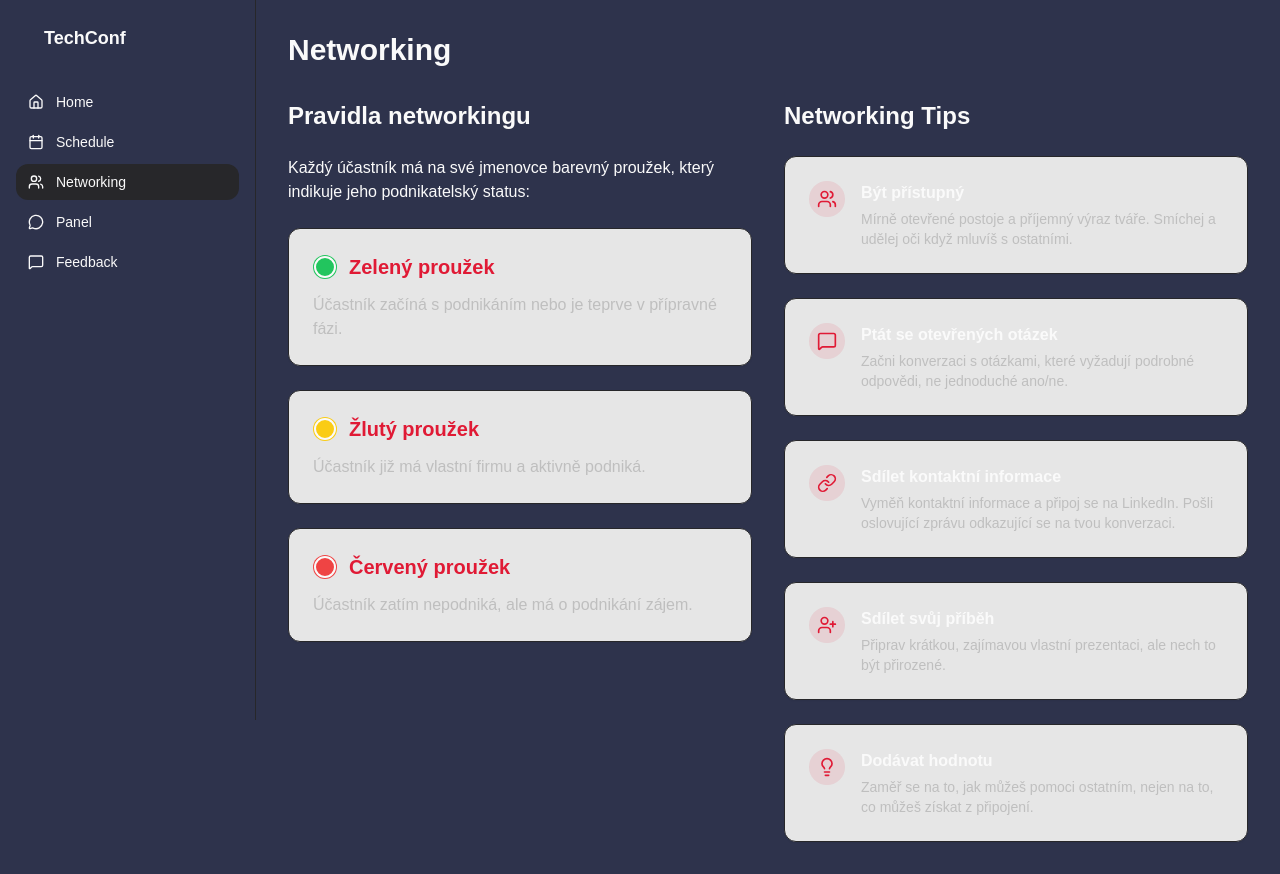
Repository: mrnavdal/symposium-2024
Page: /networking (app in symposium24/)
These files come from the project's save history. The page is drawn as it stood at one moment and after the next save; the edit follows.
The browser window is 1280 px wide. The pictures show the whole page.
The project was rebuilt for these pictures with package versions that can differ from the ones it lists, and the page was loaded fresh each time. The framework's server and built-in components were replaced by stand-ins that run in the browser. Also part of the build but not shown: symposium24/next.config.ts, symposium24/src/styles/calendar.css.

Above is the page before, as saved 2024-11-08 14:51:03.

### symposium24/src/app/layout.tsx
import type { Metadata } from "next";
import localFont from "next/font/local";
import { ThemeProvider } from 'next-themes';
import { Navigation } from "@/components/Navigation";
import "./globals.css";
import '@/styles/calendar.css'

const geistSans = localFont({
  src: "./fonts/GeistVF.woff",
  variable: "--font-geist-sans",
  weight: "100 900",
});
const geistMono = localFont({
  src: "./fonts/GeistMonoVF.woff",
  variable: "--font-geist-mono",
  weight: "100 900",
});

export const metadata: Metadata = {
  title: "TechConf 2024",
  description: "Conference schedule and information",
};

export default function RootLayout({
  children,
}: Readonly<{
  children: React.ReactNode;
}>) {
  return (
    <html lang="en" suppressHydrationWarning>
      <body className={`${geistSans.variable} ${geistMono.variable} antialiased min-h-screen`}>
        <ThemeProvider
          attribute="class"
          defaultTheme="dark"
          enableSystem
          disableTransitionOnChange
        >
          <Navigation />
          <main className="pb-16 md:pb-0 md:pl-64">
            {children}
          </main>
        </ThemeProvider>
      </body>
    </html>
  );
}

### symposium24/src/app/networking/page.tsx
import { PageTransition } from '@/components/PageTransition'
import { Container } from '@/components/ui/container'
import { BadgeDescriptions } from '@/components/NetworkingEvents'
import { NetworkingTips } from '@/components/NetworkingTips'

export default function NetworkingPage() {
  return (
    <PageTransition>
      <Container className="py-8">
        <h1 className="text-3xl font-bold mb-8">Networking</h1>
        <div className="grid gap-8 md:grid-cols-2">
          <BadgeDescriptions />
          <NetworkingTips />
        </div>
      </Container>
    </PageTransition>
  )
}

### symposium24/src/components/Navigation.tsx
'use client'

import { usePathname } from 'next/navigation'
import Link from 'next/link'
import { cn } from '@/lib/utils'
import {
  Home,
  Calendar,
  Users,
  MessageCircle,
  MessageSquare,
  LucideIcon
} from 'lucide-react'

interface NavItem {
  href: string
  label: string
  icon: LucideIcon
}

const navItems: NavItem[] = [
  { href: '/', label: 'Home', icon: Home },
  { href: '/schedule', label: 'Schedule', icon: Calendar },
  { href: '/networking', label: 'Networking', icon: Users },
  { href: '/discussion', label: 'Panel', icon: MessageCircle },
  { href: '/feedback', label: 'Feedback', icon: MessageSquare },
]

export function Navigation() {
  const pathname = usePathname()

  return (
    <>
      {/* Desktop Side Navigation */}
      <nav className="hidden md:flex fixed left-0 top-0 h-screen w-64 border-r bg-background p-4">
        <div className="space-y-4 w-full">
          <div className="px-3 py-2">
            <h2 className="mb-2 px-4 text-lg font-semibold">TechConf</h2>
          </div>
          <div className="space-y-1">
            {navItems.map((item) => (
              <Link
                key={item.href}
                href={item.href}
                className={cn(
                  'flex items-center gap-3 rounded-lg px-3 py-2 text-sm transition-colors',
                  pathname === item.href
                    ? 'bg-secondary text-secondary-foreground'
                    : 'hover:bg-secondary/80'
                )}
              >
                <item.icon className="h-4 w-4" />
                {item.label}
              </Link>
            ))}
          </div>
        </div>
      </nav>

      {/* Mobile Bottom Navigation */}
      <nav className="md:hidden fixed bottom-0 left-0 right-0 border-t bg-background z-50">
        <div className="flex items-center justify-around">
          {navItems.map((item) => (
            <Link
              key={item.href}
              href={item.href}
              className={cn(
                'flex flex-col items-center gap-1 p-3 text-xs',
                pathname === item.href
                  ? 'text-primary'
                  : 'text-muted-foreground'
              )}
            >
              <item.icon className="h-5 w-5" />
              <span>{item.label}</span>
            </Link>
          ))}
        </div>
      </nav>

      {/* Content Padding for Mobile Bottom Nav */}
      <div className="pb-4 md:pb-0 md:pl-64">
        {/* This div wraps the main content to provide padding */}
      </div>
    </>
  )
}

### symposium24/src/app/globals.css
@tailwind base;
@tailwind components;
@tailwind utilities;

body {
  font-family: Arial, Helvetica, sans-serif;
  margin: 0;
  padding: 0;
}

@layer base {
  :root {
    --background: 0 0% 100%;
    --foreground: 240 10% 3.9%;
    --card: 0 0% 100%;
    --card-foreground: 240 10% 3.9%;
    --popover: 0 0% 100%;
    --popover-foreground: 240 10% 3.9%;
    --primary: 240 5.9% 10%;
    --primary-foreground: 0 0% 98%;
    --secondary: 240 4.8% 95.9%;
    --secondary-foreground: 240 5.9% 10%;
    --muted: 240 4.8% 95.9%;
    --muted-foreground: 240 3.8% 46.1%;
    --accent: 240 4.8% 95.9%;
    --accent-foreground: 240 5.9% 10%;
    --destructive: 0 84.2% 60.2%;
    --destructive-foreground: 0 0% 98%;
    --leading-text: 240 25% 24%;
    --border: 240 5.9% 90%;
    --input: 240 5.9% 90%;
    --ring: 240 5.9% 10%;
    --chart-1: 12 76% 61%;
    --chart-2: 173 58% 39%;
    --chart-3: 197 37% 24%;
    --chart-4: 43 74% 66%;
    --chart-5: 27 87% 67%;
    --radius: 0.75rem;
  }
  .dark {
    --background: 230 25% 24%;
    --foreground: 0 0% 98%;
    --card: 0 0% 90%;
    --card-foreground: 230 25% 24%;;
    --popover: 240 10% 3.9%;
    --popover-foreground: 0 0% 98%;
    --primary: 352 79% 49%;
    --primary-foreground: 0 0% 98%;
    --secondary: 240 3.7% 15.9%;
    --secondary-foreground: 0 0% 98%;
    --muted: 240 3.7% 15.9%;
    --muted-foreground: 0 0% 75%;
    --accent: 352 79% 49%;
    --accent-foreground: 0 0% 98%;
    --destructive: 0 62.8% 30.6%;
    --destructive-foreground: 0 0% 98%;
    --border: 240 3.7% 15.9%;
    --input: 240 3.7% 15.9%;
    --ring: 240 4.9% 83.9%;
    --chart-1: 220 70% 50%;
    --chart-2: 160 60% 45%;
    --chart-3: 30 80% 55%;
    --chart-4: 280 65% 60%;
    --chart-5: 340 75% 55%;
    --leading-text: 230 25% 24%;
  }
}

@layer base {
  * {
    @apply border-border;
  }
  body {
    @apply bg-background text-foreground;
  }
}

.page {
  margin-top: 0;
}

### symposium24/src/components/PageTransition.tsx
'use client'

import { motion } from 'framer-motion'
import { fadeIn } from '@/lib/animations'

interface PageTransitionProps {
  children: React.ReactNode
  className?: string
}

export function PageTransition({ children, className }: PageTransitionProps) {
  return (
    <motion.div
      variants={fadeIn}
      initial="initial"
      animate="animate"
      exit="exit"
      className={className}
    >
      {children}
    </motion.div>
  )
}

### symposium24/src/components/ui/container.tsx
import { cn } from '@/lib/utils'

interface ContainerProps extends React.HTMLAttributes<HTMLDivElement> {}

export function Container({ className, ...props }: ContainerProps) {
  return (
    <div
      className={cn('mx-auto max-w-7xl px-4 sm:px-6 lg:px-8', className)}
      {...props}
    />
  )
}

### symposium24/src/components/NetworkingEvents.tsx
'use client'

import { AnimatedCard } from './ui/animated-card'
import { Circle } from 'lucide-react'

interface NetworkingRule {
  id: string
  color: string
  title: string
  description: string
  textColor: string
}

const networkingRules: NetworkingRule[] = [
  {
    id: '1',
    color: 'bg-green-500',
    textColor: 'text-green-500',
    title: 'Zelený proužek',
    description: 'Účastník začíná s podnikáním nebo je teprve v přípravné fázi.'
  },
  {
    id: '2',
    color: 'bg-yellow-500',
    textColor: 'text-yellow-500',
    title: 'Žlutý proužek',
    description: 'Účastník již má vlastní firmu a aktivně podniká.'
  },
  {
    id: '3',
    color: 'bg-red-500',
    textColor: 'text-red-500',
    title: 'Červený proužek',
    description: 'Účastník zatím nepodniká, ale má o podnikání zájem.'
  }
]

export function BadgeDescriptions() {
  return (
    <div className="space-y-6">
      <h2 className="text-2xl dark:leading-text leading-text font-semibold mb-4">Pravidla networkingu</h2>
      <p className="text-foreground mb-6">
        Každý účastník má na své jmenovce barevný proužek, který indikuje jeho podnikatelský status:
      </p>
      {networkingRules.map((rule) => (
        <AnimatedCard
          key={rule.id}
          delay={parseInt(rule.id) * 0.1}
          className="hover:shadow-md transition-shadow"
        >
          <div className="flex items-center gap-3 mb-3">
            <Circle className={`h-6 w-6 ${rule.color} rounded-full`} />
            <h3 className="text-xl text-primary font-semibold">{rule.title}</h3>
          </div>
          <p className="text-muted-foreground">{rule.description}</p>
        </AnimatedCard>
      ))}
    </div>
  )
}

### symposium24/src/components/NetworkingTips.tsx
'use client'

import { AnimatedCard } from './ui/animated-card'
import { Lightbulb, Users, MessageSquare, Link, UserPlus } from 'lucide-react'

interface NetworkingTip {
  icon: typeof Lightbulb
  title: string
  description: string
}

const networkingTips: NetworkingTip[] = [
  {
    icon: Users,
    title: 'Být přístupný',
    description: 'Mírně otevřené postoje a příjemný výraz tváře. Smíchej a udělej oči když mluvíš s ostatními.'
  },
  {
    icon: MessageSquare,
    title: 'Ptát se otevřených otázek',
    description: 'Začni konverzaci s otázkami, které vyžadují podrobné odpovědi, ne jednoduché ano/ne.'
  },
  {
    icon: Link,
    title: 'Sdílet kontaktní informace',
    description: 'Vyměň kontaktní informace a připoj se na LinkedIn. Pošli oslovující zprávu odkazující se na tvou konverzaci.'
  },
  {
    icon: UserPlus,
    title: 'Sdílet svůj příběh',
    description: 'Připrav krátkou, zajímavou vlastní prezentaci, ale nech to být přirozené.'
  },
  {
    icon: Lightbulb,
    title: 'Dodávat hodnotu',
    description: 'Zaměř se na to, jak můžeš pomoci ostatním, nejen na to, co můžeš získat z připojení.'
  }
]

export function NetworkingTips() {
  return (
    <div className="space-y-6">
      <h2 className="text-2xl font-semibold mb-4">Networking Tips</h2>
      {networkingTips.map((tip, index) => (
        <AnimatedCard
          key={tip.title}
          delay={index * 0.1}
          className="hover:shadow-md transition-shadow"
        >
          <div className="flex items-start gap-4">
            <div className="p-2 rounded-full bg-primary/10">
              <tip.icon className="h-5 w-5 text-primary" />
            </div>
            <div>
              <h3 className="font-semibold mb-1">{tip.title}</h3>
              <p className="text-sm text-muted-foreground">{tip.description}</p>
            </div>
          </div>
        </AnimatedCard>
      ))}
    </div>
  )
}

### symposium24/src/lib/animations.ts
export const fadeIn = {
  initial: { opacity: 0, y: 20 },
  animate: { opacity: 1, y: 0 },
  exit: { opacity: 0, y: 20 }
}

export const staggerContainer = {
  animate: {
    transition: {
      staggerChildren: 0.1
    }
  }
}

export const slideIn = {
  initial: { x: -20, opacity: 0 },
  animate: { x: 0, opacity: 1 },
  exit: { x: 20, opacity: 0 }
}

export const scaleIn = {
  initial: { scale: 0.9, opacity: 0 },
  animate: { scale: 1, opacity: 1 },
  exit: { scale: 0.9, opacity: 0 }
}

### symposium24/src/components/ui/animated-card.tsx
'use client'

import { motion } from 'framer-motion'
import { scaleIn } from '@/lib/animations'
import { cn } from '@/lib/utils'

interface AnimatedCardProps extends React.HTMLAttributes<HTMLDivElement> {
  delay?: number
}

export function AnimatedCard({
  children,
  className,
  delay = 0,
  ...props
}: AnimatedCardProps) {
  return (
    <motion.div
      variants={scaleIn}
      initial="initial"
      whileInView="animate"
      exit="exit"
      viewport={{ once: true }}
      transition={{ delay }}
      className={cn(
        'rounded-lg border bg-card p-6 shadow-sm',
        className
      )}
      {...(props as any)} // Type assertion to fix incompatible event handler types
    >
      {children}
    </motion.div>
  )
}

### symposium24/tailwind.config.ts
import type { Config } from "tailwindcss";

export default {
    darkMode: ["class"],
    content: [
    "./src/pages/**/*.{js,ts,jsx,tsx,mdx}",
    "./src/components/**/*.{js,ts,jsx,tsx,mdx}",
    "./src/app/**/*.{js,ts,jsx,tsx,mdx}",
  ],
  theme: {
  	extend: {
  		colors: {
  			background: 'hsl(var(--background))',
  			foreground: 'hsl(var(--foreground))',
  			card: {
  				DEFAULT: 'hsl(var(--card))',
  				foreground: 'hsl(var(--card-foreground))'
  			},
  			popover: {
  				DEFAULT: 'hsl(var(--popover))',
  				foreground: 'hsl(var(--popover-foreground))'
  			},
  			primary: {
  				DEFAULT: 'hsl(var(--primary))',
  				foreground: 'hsl(var(--primary-foreground))'
  			},
  			secondary: {
  				DEFAULT: 'hsl(var(--secondary))',
  				foreground: 'hsl(var(--secondary-foreground))'
  			},
  			muted: {
  				DEFAULT: 'hsl(var(--muted))',
  				foreground: 'hsl(var(--muted-foreground))'
  			},
  			accent: {
  				DEFAULT: 'hsl(var(--accent))',
  				foreground: 'hsl(var(--accent-foreground))'
  			},
  			destructive: {
  				DEFAULT: 'hsl(var(--destructive))',
  				foreground: 'hsl(var(--destructive-foreground))'
  			},
  			border: 'hsl(var(--border))',
  			input: 'hsl(var(--input))',
  			ring: 'hsl(var(--ring))',
  			chart: {
  				'1': 'hsl(var(--chart-1))',
  				'2': 'hsl(var(--chart-2))',
  				'3': 'hsl(var(--chart-3))',
  				'4': 'hsl(var(--chart-4))',
  				'5': 'hsl(var(--chart-5))'
  			},
  			green: {
  				500: '#22c55e', // Zelená
  				600: '#16a34a', // Tmavší zelená
  			},
  			yellow: {
  				500: '#facc15', // Žlutá
  				600: '#eab308', // Tmavší žlutá
  			},
  			red: {
  				500: '#ef4444', // Červená
  				600: '#dc2626', // Tmavší červená
  			},
  		},
  		borderRadius: {
  			lg: 'var(--radius)',
  			md: 'calc(var(--radius) - 2px)',
  			sm: 'calc(var(--radius) - 4px)'
  		}
  	}
  },
  plugins: [
    require("tailwindcss-animate"),
    require('@tailwindcss/typography'),
  ],
} satisfies Config;

Loaded but not shown: symposium24/src/lib/utils.ts (common file)

After the next save:
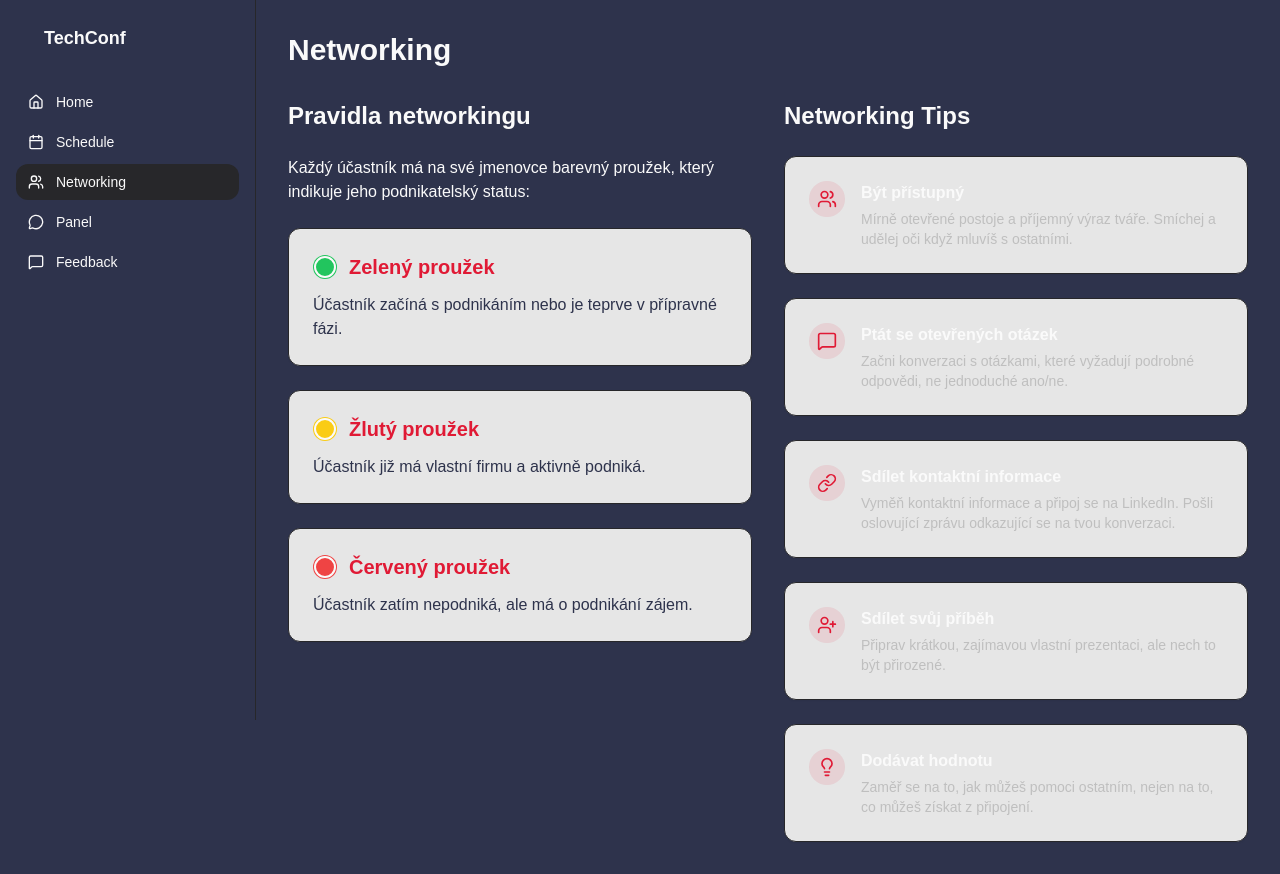
Saved 20 s later.
--- a/symposium24/src/components/NetworkingEvents.tsx
+++ b/symposium24/src/components/NetworkingEvents.tsx
@@ -52,7 +52,7 @@ export function BadgeDescriptions() {
             <Circle className={`h-6 w-6 ${rule.color} rounded-full`} />
             <h3 className="text-xl text-primary font-semibold">{rule.title}</h3>
           </div>
-          <p className="text-muted-foreground">{rule.description}</p>
+          <p className="text-background">{rule.description}</p>
         </AnimatedCard>
       ))}
     </div>
